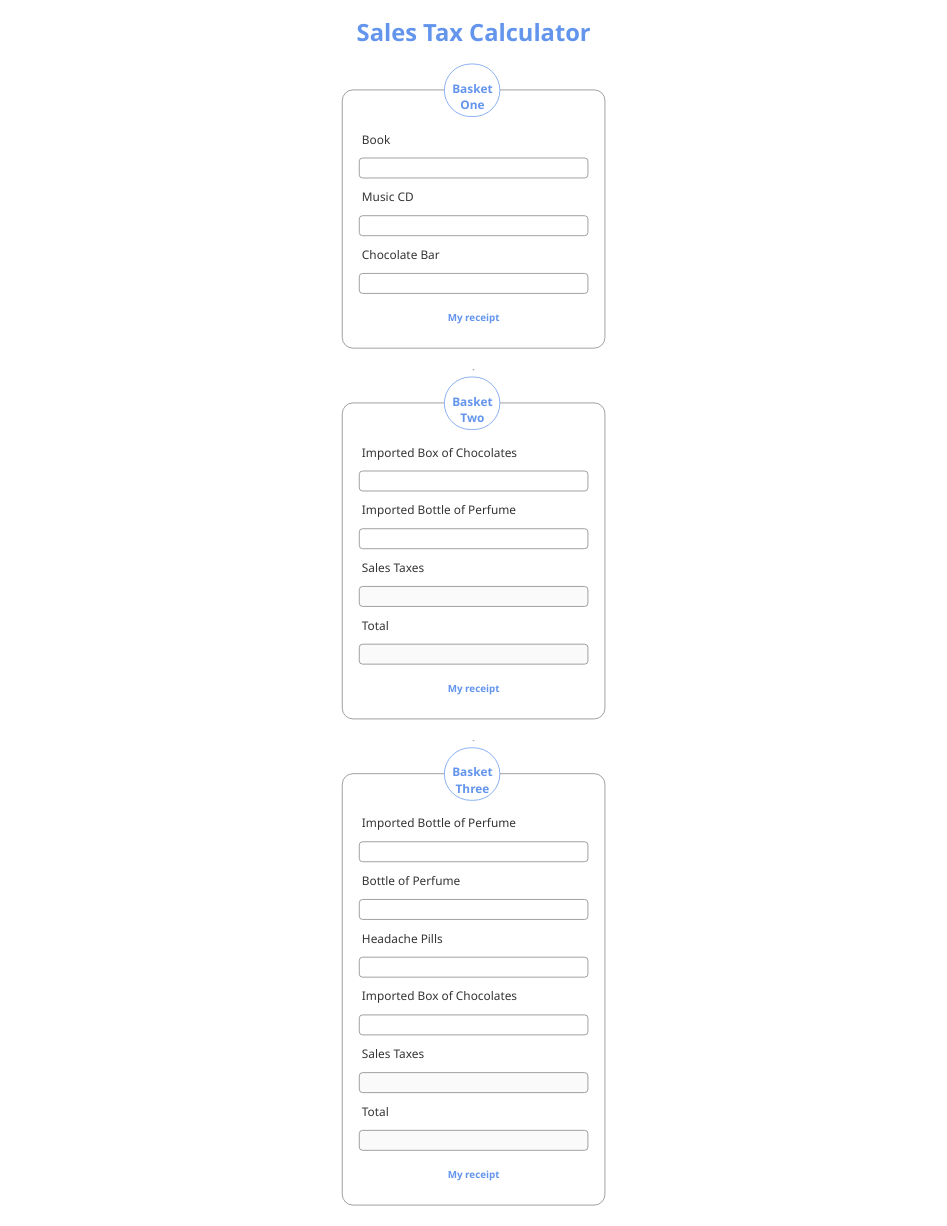
Repository: duzzisantos/sales-tax
Page: index.html
An editor plug-in stored every save of this project. The page is shown before and after the next save, followed by the edit.
The browser window is 1280 px wide. The pictures show the whole page, at 74% of full size.

Above is the page before, as saved 2022-05-25 22:36:50.

### index.html
<!DOCTYPE html>
<html lang="en">

<head>
    <meta charset="UTF-8">
    <meta http-equiv="X-UA-Compatible" content="IE=edge">
    <meta name="viewport" content="width=device-width, initial-scale=1.0">
    <link href="style.css" rel="stylesheet">
    <title>Sales Tax Calculator</title>
</head>

<body>
    <h1>Sales Tax Calculator</h1>
    <section id="container">
        <fieldset>
            <legend>
                <h4>Basket One</h4>
            </legend>
            <form class="formOne">
                <label for="book">Book</label>
                <input id="book" type="number" name="book" onchange="basketOne()" />
                <label for="musicCD">Music CD</label>
                <input id="musicCD" type="number" name="musicCD" onchange="basketOne()" />
                <label for="chocolateBar">Chocolate Bar</label>
                <input id="chocolateBar" type="number" name="chocolateBar" onchange="basketOne()" />
            </form>
            <h5>My receipt</h5>
            <span id="listOne">

                </>
        </fieldset>
        <hr>

        <fieldset>
            <legend>
                <h4>Basket Two</h4>
            </legend>

            <label for="imported-box-chocolate">Imported Box of Chocolates</label>
            <input id="imported-box-chocolate" type="number" name="imported-box-chocolate" onchange="basketTwo()" />
            <label for="imported-perfume">Imported Bottle of Perfume</label>
            <input id="imported-perfume" type="number" name="imported-perfume" onchange="basketTwo()" />

            <label for="sales-taxes2">Sales Taxes</label>
            <input id="sales-taxes2" type="number" name="sales-taxes2" onchange="basketTwo()" disabled />
            <label for="total">Total</label>
            <input disabled id="total2" type="number" name="total2" onchange="basketTwo()" />


            <h5>My receipt</h5>
            <span id="listTwo">

            </span>
        </fieldset>
        <hr>

        <fieldset>
            <legend>
                <h4>Basket Three</h4>
            </legend>

            <label for="imported-perfume2">Imported Bottle of Perfume</label>
            <input id="imported-perfume2" type="number" name="imported-perfume2" onchange="basketThree()" />
            <label for="bottle-perfume">Bottle of Perfume</label>
            <input id="bottle-perfume" type="number" name="bottle-perfume" onchange="basketThree()" />
            <label for="pills">Headache Pills</label>
            <input id="pills" type="number" name="pills" onchange="basketThree()" />
            <label for="imported-box-chocolate2">Imported Box of Chocolates</label>
            <input id="imported-box-chocolate2" type="number" name="imported-box-chocolate2" onchange="basketThree()" />
            <label for=" sales-taxes3">Sales Taxes</label>
            <input id="sales-taxes3" type="number" name="sales-taxes3" onchange="basketThree()" disabled />
            <label for="total3">Total</label>
            <input disabled id="total3" type="number" name="total3" onchange="basketThree()" />


            <h5>My receipt</h5>
            <span id="listThree">

            </span>
        </fieldset>
    </section>
</body>
<script src="first.js"></script>
<script src="second.js"></script>
<script src="third.js"></script>
<script src="index.js"></script>

</html>

### style.css
*{
    color: rgb(0,0,0,0.8);
    font-family: 'Segoe UI', Tahoma, Geneva, Verdana, sans-serif;
}

#container{
    display: flex;
    flex-direction: column;
    align-items: center;
    justify-content: center;
    bottom: 0;
}

fieldset{
    height: fit-content;
    width: 20%;
    border: 1px solid grey;
    border-radius: 15px;
    margin-bottom: 20px;
}

legend{
    height: 70px;
    width: 70px;
    border: 1px solid cornflowerblue;
    border-radius: 50px;
    margin-left: 38%;
}

legend h4, h5, h1{
    text-align: center;
    color: cornflowerblue;
}
label, input{
    display: block;
    margin: 10px;
    padding: 4px;
}

input{
    width: 300px;
    border-radius: 5px;
    border: 1px solid grey;
}

### first.js
//Variables for tax rate
let taxFree = 0;
let basicTax = 10;
let importDuty = 5;

//imported basic taxable items attract an extra non-negotiable tax rate of 5%, therefore 10% + 5% = 15%
let basicPlusImportDuty = basicTax + importDuty;

//An app that computes the first basket of goods
const basketOne = () => {
  let book = document.getElementById("book").value;
  let musicCD = document.getElementById("musicCD").value;
  let chocolateBar = document.getElementById("chocolateBar").value;

  // The plus sign is used in front of every variable to indicate to JavaScript that they are numerical values
  // Without this, they would become concatenated strings

  //these are the sums of the items and their taxes
  let bookPlusTax = +taxFree * +book + +book;
  let musicCDPlusTax = (basicTax * +musicCD) / 100 + +musicCD;
  let chocolateBarPlusTax = +taxFree * +chocolateBar + +chocolateBar;

  //this computes the total price paid by the customer
  let netPayment = +bookPlusTax + +musicCDPlusTax + +chocolateBarPlusTax;
  document.getElementById("total").value = netPayment.toFixed(2);

  //this computes the total sales tax generated
  let totalTaxes =
    bookPlusTax -
    book +
    (musicCDPlusTax - musicCD) +
    (chocolateBarPlusTax - chocolateBar);

  //Math.ceil and toFixed method helps us round up to the nearest 0.05
  let roundedTax = (
    Math.ceil(totalTaxes * 20) / 20
  ).toFixed(2);

  //Receipt list
  const listOne = document.getElementById("listOne");
  listOne.innerHTML = `<br>1 book: ${bookPlusTax}<br>1 music CD: ${musicCDPlusTax}<br>1
  chocolate bar: ${chocolateBarPlusTax}<br>Sales Tax: ${roundedTax}<br><b>Total: ${netPayment.toFixed(2)}</b><br>`;
};

### second.js
//Variables for tax rate
let basicTax2 = 10;
let importDuty2 = 5;

//imported basic taxable items attract an extra non-negotiable tax rate of 5%, therefore 10% + 5% = 15%
let basicPlusImportDuty2 = basicTax2 + importDuty2;

//An app that computes the second basket of goods
const basketTwo = () => {
  let importedChocolate = document.getElementById(
    "imported-box-chocolate"
  ).value;
  let importedPerfume2 = document.getElementById("imported-perfume").value;

  // The plus sign is used in front of every variable to indicate to JavaScript that they are numerical values
  // Without this, they would become concatenated strings

  //these are the sums of the imported items and their taxes
  let importedChocolatePlusTax =
    (importDuty2 * +importedChocolate) / 100 + +importedChocolate;
  let importedPerfume2PlusTax =
    (basicPlusImportDuty2 * +importedPerfume2) / 100 + +importedPerfume2;

  //Math.ceil and toFixed method helps us round up to the nearest 0.05
  //this computes the total price paid by the customer
  let netPayment = +importedChocolatePlusTax + +importedPerfume2PlusTax;
  document.getElementById("total2").value = (
    Math.ceil(netPayment * 20) / 20
  ).toFixed(2);

  //this computes the total sales tax generated
  let totalTaxes =
    (importDuty2 * +importedChocolate) / 100 +
    (basicPlusImportDuty2 * +importedPerfume2) / 100;
  document.getElementById("sales-taxes2").value = (
    Math.ceil(totalTaxes * 20) / 20
  ).toFixed(2);
};

### third.js
//Variables for tax rate
let taxFree3 = 0;
let basicTax3 = 10;
let importDuty3 = 5;
let basicPlusImportDuty3 = basicTax3 + importDuty3;


//App that computes the third basket of goods
const basketThree = () => {
    let importedPerfume2 = document.getElementById("imported-perfume2").value;
    let bottlePerfume = document.getElementById("bottle-perfume").value;
    let pills = document.getElementById("pills").value;
    let importedChocolate2 = document.getElementById("imported-box-chocolate2").value;


    //    // The plus sign is used in front of every variable to indicate to JavaScript that they are numerical values
     // Without this, they would become concatenated strings

    //these are the sums of the imported items and their taxes
    let importedPerfume2PlusTax = (basicPlusImportDuty3 * +importedPerfume2) / 100 + +importedPerfume2;
    let bottlePerfumePlusTax =
      (basicTax3 * +bottlePerfume) / 100 + +bottlePerfume;
    let pillsPlusTax = (taxFree3 * +pills) + +pills;
    let importedChocolate2PlusTax =
      (importDuty3 * +importedChocolate2) / 100 + +importedChocolate2;

    //Math.ceil and toFixed method helps us round up to the nearest 0.05
    //This computes the prices plus their taxes
    let netPayment =
      importedPerfume2PlusTax +
      bottlePerfumePlusTax +
      pillsPlusTax +
      importedChocolate2PlusTax;
    document.getElementById("total3").value = (Math.ceil(netPayment * 20) / 20).toFixed(2);

    //this computes the total taxes generated from selling basket three
    let totalTaxes =
      importedPerfume2PlusTax -
      importedPerfume2 +
      (bottlePerfumePlusTax - bottlePerfume) +
      (pillsPlusTax - pills) +
      (importedChocolate2PlusTax - importedChocolate2);

    document.getElementById("sales-taxes3").value = (
        Math.ceil(totalTaxes * 20) / 20
      ).toFixed(2);
  };

### index.js
//This is responsible for the DOM Manipulation
//This helps the user to display a simple receipt

After the next save:
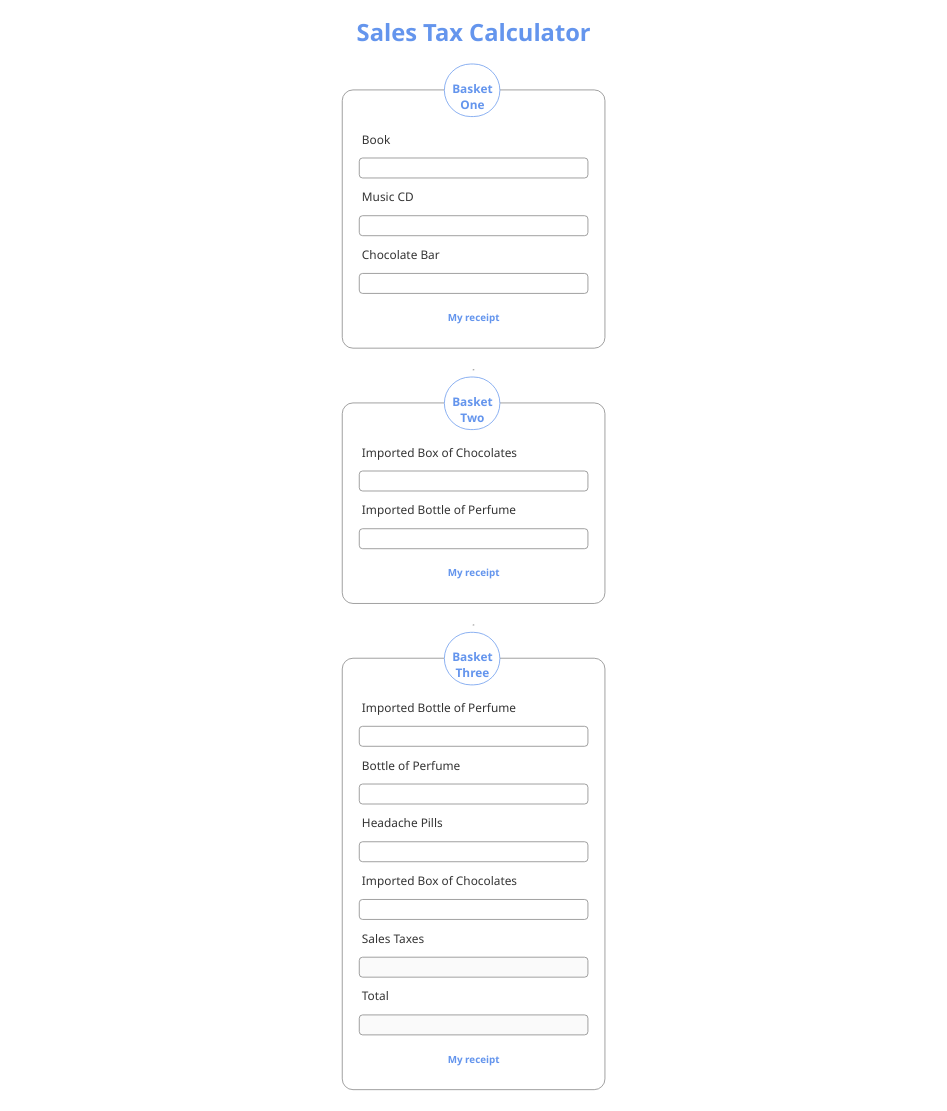
Saved 20 s later.
--- a/index.html
+++ b/index.html
@@ -41,12 +41,6 @@
             <label for="imported-perfume">Imported Bottle of Perfume</label>
             <input id="imported-perfume" type="number" name="imported-perfume" onchange="basketTwo()" />
 
-            <label for="sales-taxes2">Sales Taxes</label>
-            <input id="sales-taxes2" type="number" name="sales-taxes2" onchange="basketTwo()" disabled />
-            <label for="total">Total</label>
-            <input disabled id="total2" type="number" name="total2" onchange="basketTwo()" />
-
-
             <h5>My receipt</h5>
             <span id="listTwo">
 
